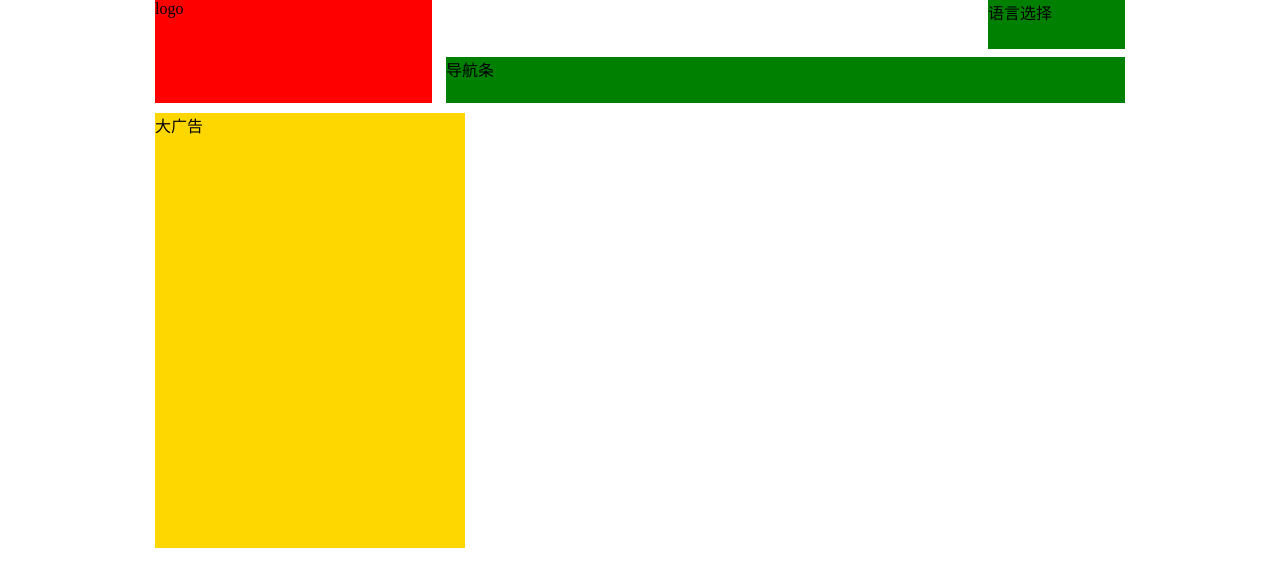
Repository: Germtao/Web
Page: web_css/css_浮动.html
These files come from the project's save history. The page is drawn as it stood at one moment and after the next save; the edit follows.
The browser window is 1280 px wide. The pictures show the whole page.

Above is the page before, as saved 2020-10-30 10:33:50.

After the next save:
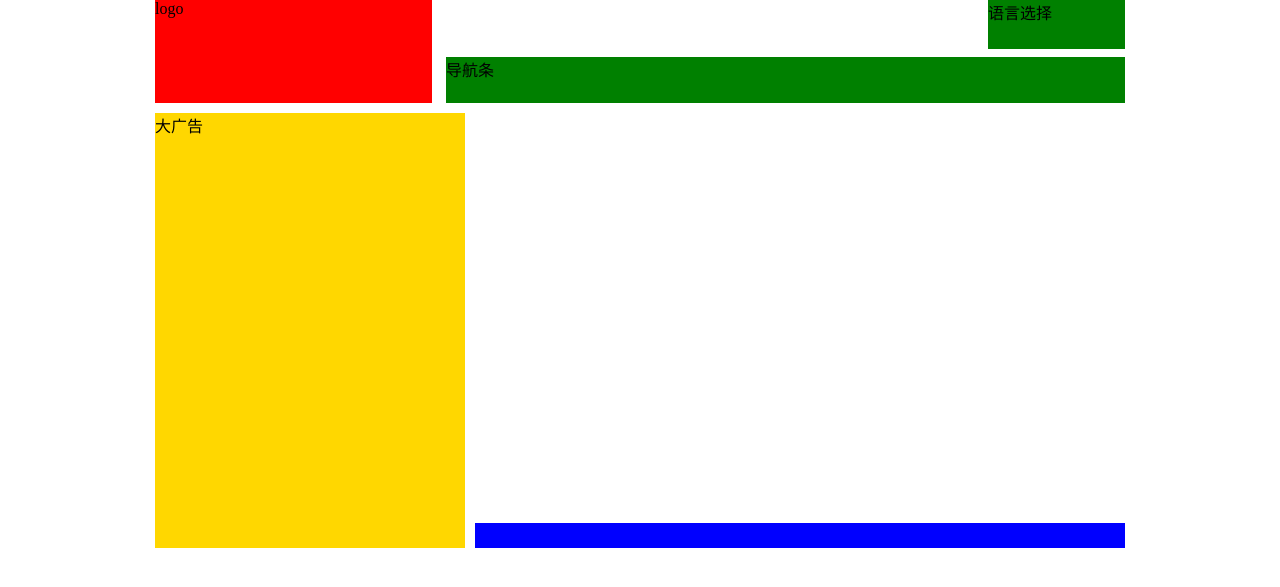
Saved 85 s later.
--- a/web_css/css_浮动.html
+++ b/web_css/css_浮动.html
@@ -193,6 +193,14 @@
       height: 400px;
       margin-bottom: 10px;
     }
+
+    .content .rightPart .links {
+      width: 650px;
+      height: 25px;
+      background-color: blue;
+    }
+
+    .content .rightPart .main .news {}
   </style>
 
 </head>
